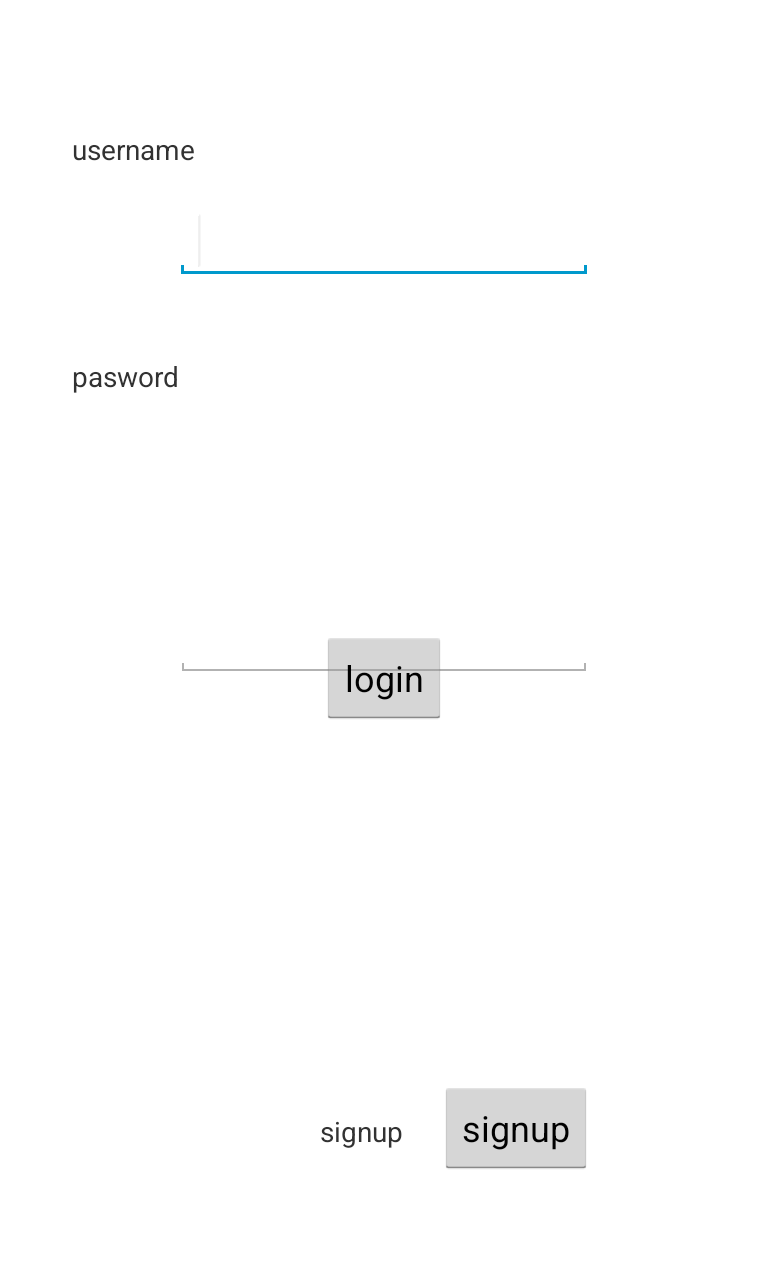
Repository: arjuntheprogrammer/iact
Layout: iact/iact android practice/mywork/login/res/layout/activity_main.xml
These files come from the project's save history. The layout is drawn as it stood at one moment and after the next save; the edit follows.
It is drawn on a 768 x 1280 px phone screen (xhdpi) without system bars, with theme AppTheme; the app's code is not run.

Above is the layout before, as saved 2016-01-04 01:48:08.

### iact/iact android practice/mywork/login/res/layout/activity_main.xml
<RelativeLayout xmlns:android="http://schemas.android.com/apk/res/android"
    xmlns:tools="http://schemas.android.com/tools"
    android:layout_width="match_parent"
    android:layout_height="match_parent"
    android:paddingBottom="@dimen/activity_vertical_margin"
    android:paddingLeft="@dimen/activity_horizontal_margin"
    android:paddingRight="@dimen/activity_horizontal_margin"
    android:paddingTop="@dimen/activity_vertical_margin"
    tools:context=".MainActivity" >

    <TextView
        android:id="@+id/textView1"
        android:layout_width="wrap_content"
        android:layout_height="wrap_content"
        android:layout_alignParentLeft="true"
        android:layout_alignParentTop="true"
        android:layout_marginLeft="20dp"
        android:layout_marginTop="49dp"
        android:text="username" />

    <EditText
        android:id="@+id/editText1"
        android:layout_width="wrap_content"
        android:layout_height="wrap_content"
        android:layout_below="@+id/textView1"
        android:layout_centerHorizontal="true"
        android:layout_marginTop="17dp"
        android:ems="10" >

        <requestFocus />
    </EditText>

    <TextView
        android:id="@+id/textView2"
        android:layout_width="wrap_content"
        android:layout_height="wrap_content"
        android:layout_alignLeft="@+id/textView1"
        android:layout_below="@+id/editText1"
        android:layout_marginTop="38dp"
        android:text="pasword" />

    <EditText
        android:id="@+id/editText2"
        android:layout_width="wrap_content"
        android:layout_height="wrap_content"
        android:layout_centerHorizontal="true"
        android:layout_centerVertical="true"
        android:ems="10"
        android:inputType="textPassword" />

    <Button
        android:id="@+id/button1"
        android:layout_width="wrap_content"
        android:layout_height="wrap_content"
        android:layout_alignTop="@+id/editText2"
        android:layout_centerHorizontal="true"
        android:layout_marginTop="15dp"
        android:text="login" />

    <Button
        android:id="@+id/button2"
        android:layout_width="wrap_content"
        android:layout_height="wrap_content"
        android:layout_alignBaseline="@+id/textView3"
        android:layout_alignBottom="@+id/textView3"
        android:layout_alignRight="@+id/editText1"
        android:text="signup" />

    <TextView
        android:id="@+id/textView3"
        android:layout_width="wrap_content"
        android:layout_height="wrap_content"
        android:layout_alignLeft="@+id/button1"
        android:layout_alignParentBottom="true"
        android:layout_marginBottom="49dp"
        android:text="signup" />

</RelativeLayout>

Loaded but not shown: iact/iact android practice/mywork/login/res/values/styles.xml (common file); iact/iact android practice/mywork/login/res/values-v11/styles.xml (common file); iact/iact android practice/mywork/login/res/values-v14/styles.xml (common file); iact/iact android practice/mywork/login/res/values/dimens.xml (common file)

After the next save:
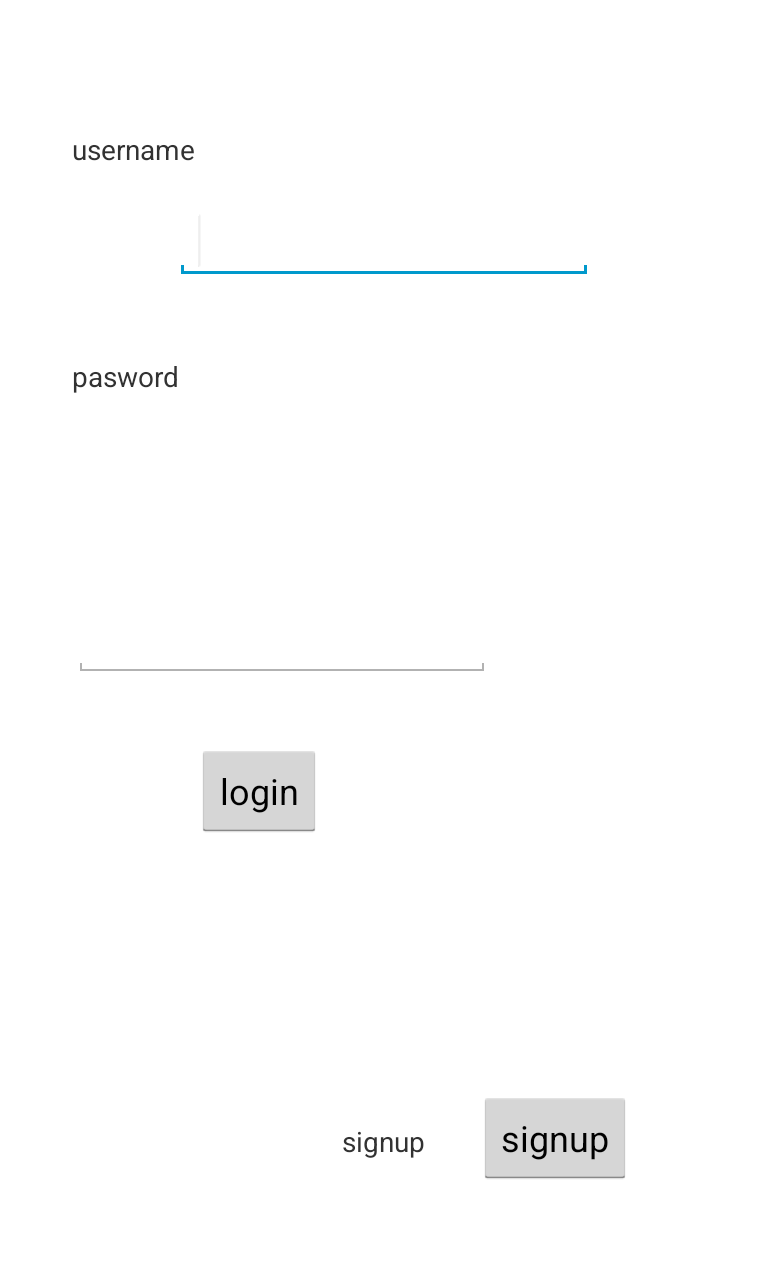
Saved 33 s later.
--- a/iact/iact android practice/mywork/login/res/layout/activity_main.xml
+++ b/iact/iact android practice/mywork/login/res/layout/activity_main.xml
@@ -39,23 +39,32 @@
         android:layout_marginTop="38dp"
         android:text="pasword" />
 
+    <Button
+        android:id="@+id/button1"
+        android:layout_width="wrap_content"
+        android:layout_height="wrap_content"
+        android:layout_below="@+id/editText2"
+        android:layout_marginTop="32dp"
+        android:layout_toRightOf="@+id/textView1"
+        android:text="login" />
+
     <EditText
         android:id="@+id/editText2"
         android:layout_width="wrap_content"
         android:layout_height="wrap_content"
-        android:layout_centerHorizontal="true"
+        android:layout_alignLeft="@+id/textView2"
         android:layout_centerVertical="true"
         android:ems="10"
         android:inputType="textPassword" />
 
-    <Button
-        android:id="@+id/button1"
+    <TextView
+        android:id="@+id/textView3"
         android:layout_width="wrap_content"
         android:layout_height="wrap_content"
-        android:layout_alignTop="@+id/editText2"
+        android:layout_alignParentBottom="true"
         android:layout_centerHorizontal="true"
-        android:layout_marginTop="15dp"
-        android:text="login" />
+        android:layout_marginBottom="44dp"
+        android:text="signup" />
 
     <Button
         android:id="@+id/button2"
@@ -63,16 +72,8 @@
         android:layout_height="wrap_content"
         android:layout_alignBaseline="@+id/textView3"
         android:layout_alignBottom="@+id/textView3"
-        android:layout_alignRight="@+id/editText1"
-        android:text="signup" />
-
-    <TextView
-        android:id="@+id/textView3"
-        android:layout_width="wrap_content"
-        android:layout_height="wrap_content"
-        android:layout_alignLeft="@+id/button1"
-        android:layout_alignParentBottom="true"
-        android:layout_marginBottom="49dp"
+        android:layout_marginLeft="26dp"
+        android:layout_toRightOf="@+id/textView3"
         android:text="signup" />
 
 </RelativeLayout>
